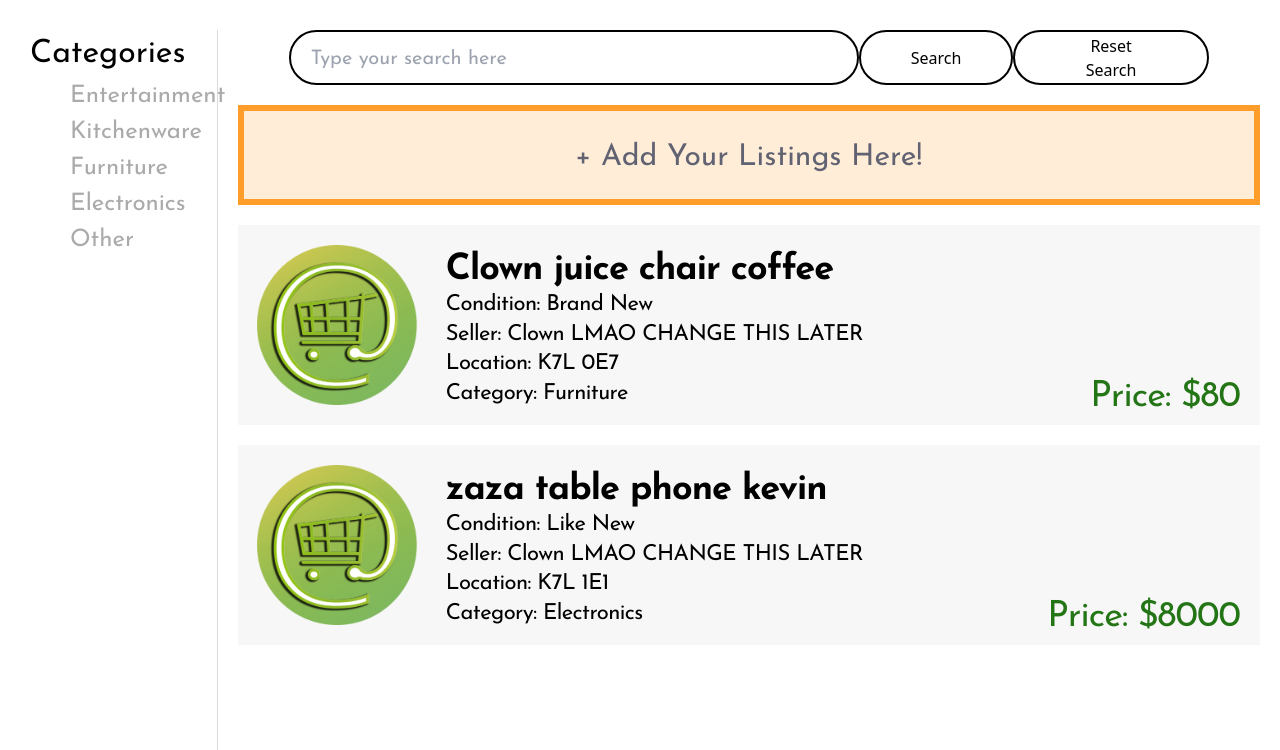
Repository: AdwaitSri/Kingston-Marketplace
Page: /listings (app in qhacks-24/)
The author's editor kept a copy of each file at every save. The page is drawn from the files as they stood at one save, then again after the next save.
The browser window is 1280 px wide. The pictures show the whole page.
The project was rebuilt for these pictures with package versions that can differ from the ones it lists, and the page was loaded fresh each time. Also part of the build but not shown: qhacks-24/src/components/HomeNavbar.js, qhacks-24/src/pages/Home.js, qhacks-24/src/pages/Signup.js, qhacks-24/src/components/CreationNavbar.js, qhacks-24/src/pages/Creation.js, qhacks-24/src/pages/Item.js.

Above is the page before, as saved 2024-02-03 23:41:29.

### qhacks-24/public/index.html
<!DOCTYPE html>
<html lang="en">
  <head>
    <meta charset="utf-8" />
    <link rel="preconnect" href="https://fonts.googleapis.com">
    <link rel="preconnect" href="https://fonts.gstatic.com" crossorigin>
    <link href="https://fonts.googleapis.com/css2?family=Josefin+Sans:ital,wght@0,100;0,200;0,300;0,400;0,500;0,600;0,700;1,100;1,200;1,300;1,400;1,500;1,600;1,700&display=swap" rel="stylesheet">
    <link rel="icon" href="%PUBLIC_URL%/favicon.ico" />
    <meta name="viewport" content="width=device-width, initial-scale=1" />
    <meta name="theme-color" content="#000000" />
    <meta
      name="description"
      content="Web site created using create-react-app"
    />
    <link rel="apple-touch-icon" href="%PUBLIC_URL%/logo192.png" />
    <!--
      manifest.json provides metadata used when your web app is installed on a
      user's mobile device or desktop. See https://developers.google.com/web/fundamentals/web-app-manifest/
    -->
    <link rel="manifest" href="%PUBLIC_URL%/manifest.json" />
    <!--
      Notice the use of %PUBLIC_URL% in the tags above.
      It will be replaced with the URL of the `public` folder during the build.
      Only files inside the `public` folder can be referenced from the HTML.

      Unlike "/favicon.ico" or "favicon.ico", "%PUBLIC_URL%/favicon.ico" will
      work correctly both with client-side routing and a non-root public URL.
      Learn how to configure a non-root public URL by running `npm run build`.
    -->
    <title>React App</title>
  </head>
  <body>
    <noscript>You need to enable JavaScript to run this app.</noscript>
    <div id="root"></div>
    <!--
      This HTML file is a template.
      If you open it directly in the browser, you will see an empty page.

      You can add webfonts, meta tags, or analytics to this file.
      The build step will place the bundled scripts into the <body> tag.

      To begin the development, run `npm start` or `yarn start`.
      To create a production bundle, use `npm run build` or `yarn build`.
    -->
  </body>
</html>

### qhacks-24/src/pages/Listings.js
import { keyboard } from "@testing-library/user-event/dist/keyboard";
import React from "react";
import { Link } from "react-router-dom";
import { motion } from "framer-motion";

export default function Listings() {
    const exampleData = [
        {
            condition: ["checked", "", "", ""],
            description: "KEVIN",
            postalcode: "K7L 0E7",
            price: "80",
            title: "Clown juice chair coffee",
            category: "Furniture"
        },
        {
            condition: ["", "checked", "", ""],
            description: "ADWAIT",
            postalcode: "K7L 1E1",
            price: "8000",
            title: "zaza table phone kevin",
            category: "Electronics"
        },
    ];

    const selectedCategoryDefault = [
        {
            id: 0,
            selected: false,
            categoryName: "Entertainment",
        },
        {
            id: 1,
            selected: false,
            categoryName: "Kitchenware",
        },
        {
            id: 2,
            selected: false,
            categoryName: "Furniture",
        },
        {
            id: 3,
            selected: false,
            categoryName: "Electronics",
        },
        {
            id: 4,
            selected: false,
            categoryName: "Other",
        },
    ]

    const selectedMaxPriceDefault = [
        {
            id: 0,
            selected: false,
            maxPrice: "10",
        },
        {
            id: 1,
            selected: false,
            maxPrice: "25",
        },
        {
            id: 2,
            selected: false,
            maxPrice: "50",
        },
        {
            id: 3,
            selected: false,
            maxPrice: "100",
        },
        {
            id: 4,
            selected: false,
            maxPrice: "250",
        },
        {
            id: 5,
            selected: false,
            maxPrice: "500",
        },
        {
            id: 6,
            selected: false,
            maxPrice: "1000",
        },
        {
            id: 7,
            selected: false,
            maxPrice: "2500",
        },
        {
            id: 8,
            selected: false,
            maxPrice: "5000",
        },
        {
            id: 9,
            selected: false,
            maxPrice: "10000",
        },
    ]

    const [selectedMaxPrice, setSelectedMaxPrice] = React.useState(selectedMaxPriceDefault);

    const [selectedCategory, setSelectedCategory] = React.useState(selectedCategoryDefault);

    const [search, setSearch] = React.useState('');
    const [searchKeywords, setSearchKeywords] = React.useState([]);

    const sellerName = "Clown LMAO CHANGE THIS LATER";

    function handleSearchSubmit(event) {
        event.preventDefault();
        const keywords = search.split(' ');
        if (search !== '') {
            setSearchKeywords(keywords);
        }
    }

    function handleSearchChange(event) {
        event.preventDefault();
        if (event.key !== 'Enter') {
            setSearch(event.target.value);
        }
    }

    function handleResetSearch(event) {
        event.preventDefault();
        setSearch('');
        setSearchKeywords([]);
    }

    function getCondition(info) {
        let name = "";
        let index = -1;
        for (let i = 0; i < info.length; i++) {
            if (info[i] !== '') {
                index = i;
                break;
            }
        }
        const conditions = ["Brand New", "Like New", "Lightly Used", "Used"];
        if (index >= 0) {
            name = conditions[index];
        }
        return name;
    }

    function handleCategoryClick(event) {
        setSelectedCategory(prevSelectedCategory => {
            let index = -1;
            for (let i = 0; i < prevSelectedCategory.length; i++) {
                if (prevSelectedCategory[i].categoryName === event.target.id) {
                    index = i;
                    break;
                }
            }

            let newState = selectedCategoryDefault;
            if (index >= 0) {
                newState[index].selected = !prevSelectedCategory[index].selected;
            }

            return newState;
        })
    }

    function getSelectedCategory() {
        for (let i = 0; i < selectedCategory.length; i++) {
            if (selectedCategory[i].selected) {
                return selectedCategory[i].categoryName;
            }
        }
        return false;
    }

    const listingCards = exampleData.map((data) => {
        const listCardElement = (
            <div className="flex justify-between m-[20px]">
                <Link
                    to={{
                        pathname: '/item',
                        state: { message: 'hello from listings!' }
                    }}
                    className="w-full"
                >
                    <div
                        className="w-full h-[200px] bg-[#f7f7f7] flex items-center"
                    >
                        <img src="/images/logo.png" alt="placeholder" className="h-[80%]"/>
                        <div className='h-full w-full p-[10px] mt-[15px] relative'>
                            <p className="font-jose font-bold text-[36px] tracking-tight h-[25%]">{data.title}</p>
                            <p className="font-jose text-[22px] tracking-tight">Condition: {getCondition(data.condition)}</p>
                            <p className="font-jose text-[22px] relative top-[-3px] tracking-tight">Seller: {sellerName}</p>
                            <p className="font-jose text-[22px] relative top-[-7px] tracking-tight">Location: {data.postalcode}</p>
                            <p className="font-jose text-[22px] relative top-[-10px] tracking-tight">Category: {data.category}</p>
                            <p className="font-jose text-[36px] relative top-[-50px] right-[10px] text-[#237515] float-right tracking-tight">Price: ${data.price}</p>
                        </div>
                    </div>
                </Link>
            </div>
        )

        let match = {
            search: false,
            category: false,
        }

        if (searchKeywords[0] === '' || searchKeywords.length === 0) {
            match.search = true;
        }
        for (let i = 0; i < searchKeywords.length; i++) {
            if (data.description.toUpperCase().includes(searchKeywords[i].toUpperCase()) || data.title.toUpperCase().includes(searchKeywords[i].toUpperCase())) {
                match.search = true;
                break;
            }
        }

        if (getSelectedCategory() === data.category) {
            match.category = true;
        }
        else if (getSelectedCategory() === false) {
            match.category = true;
        }
        else {
            ;
        }

        console.log(match);

        if (match.search && match.category) {
            return listCardElement;
        }
    });

    const filterCategories = selectedCategory.map(category => {
        const styles = category.selected ? "font-jose ml-[40px] text-[#000000] text-[24px] hover:cursor-pointer" : "font-jose ml-[40px] text-[24px] text-[#aaaaaa] hover:cursor-pointer";
        return (
        <h1
            className={styles}
            id={category.categoryName}
            onClick={handleCategoryClick}
        >{category.categoryName}</h1>
        )
    });

    return (
        <div
            className="flex h-[100dvh] ml-[30px] mt-[30px]"
        >
            <div
                className="w-[15%] border-r-[1px] border-[#aaaaaa70]"
            >
                <div className="flex items-center relative right-[10px]">
                    <h1
                        className="font-jose ml-[10px] text-[32px]"
                    >Categories</h1>
                </div>
                <div>
                    {filterCategories}
                </div>

            </div>

            <div
                className="w-[85%]"
            >

                <div className=" mx-[20px]">
                    <form className="w-[90%] mx-auto flex justify-between" onSubmit={handleSearchSubmit}>
                        <input
                            className="border-2 border-black border-solid rounded-full w-[65%] pb-[10px] pl-[20px] pt-[13px] text-xl font-jose"
                            type="text"
                            name="search"
                            onChange={handleSearchChange}
                            value={search}
                            placeholder="Type your search here"
                        />
                        <button onClick={handleSearchSubmit} value="Search" className="border-2 border-solid border-black rounded-full px-[50px]">Search</button>
                        <button onClick={handleResetSearch} value="Reset" className="border-2 border-solid border-black rounded-full px-[50px]">Reset Search</button>
                    </form>
                </div>

                <div className="flex justify-between m-[20px]">
                    <div
                        className="w-full h-[100px] bg-[#f7f7f7] flex items-center"
                    >
                        <Link
                            to="/creation"
                            className="border-[6px] border-[#ff9d2b] w-full h-full text-3xl font-normal text-[#616272] bg-[#ffedd8]"
                        >
                            <button
                                className="font-jose relative top-[3px] text-center w-full h-full text-3xl"
                            >
                                + Add Your Listings Here!
                        </button>
                        </Link>
                    </div>
                </div>
                {listingCards}
            </div>
        </div>
    )
}

Loaded but not shown: qhacks-24/src/index.css (common file); qhacks-24/src/App.css (common file); qhacks-24/src/App.js (24 lines, source omitted); qhacks-24/src/index.js (19 lines, source omitted); qhacks-24/tailwind.config.js (18 lines, source omitted); qhacks-24/src/output.css (1762 lines, source omitted)

After the next save:
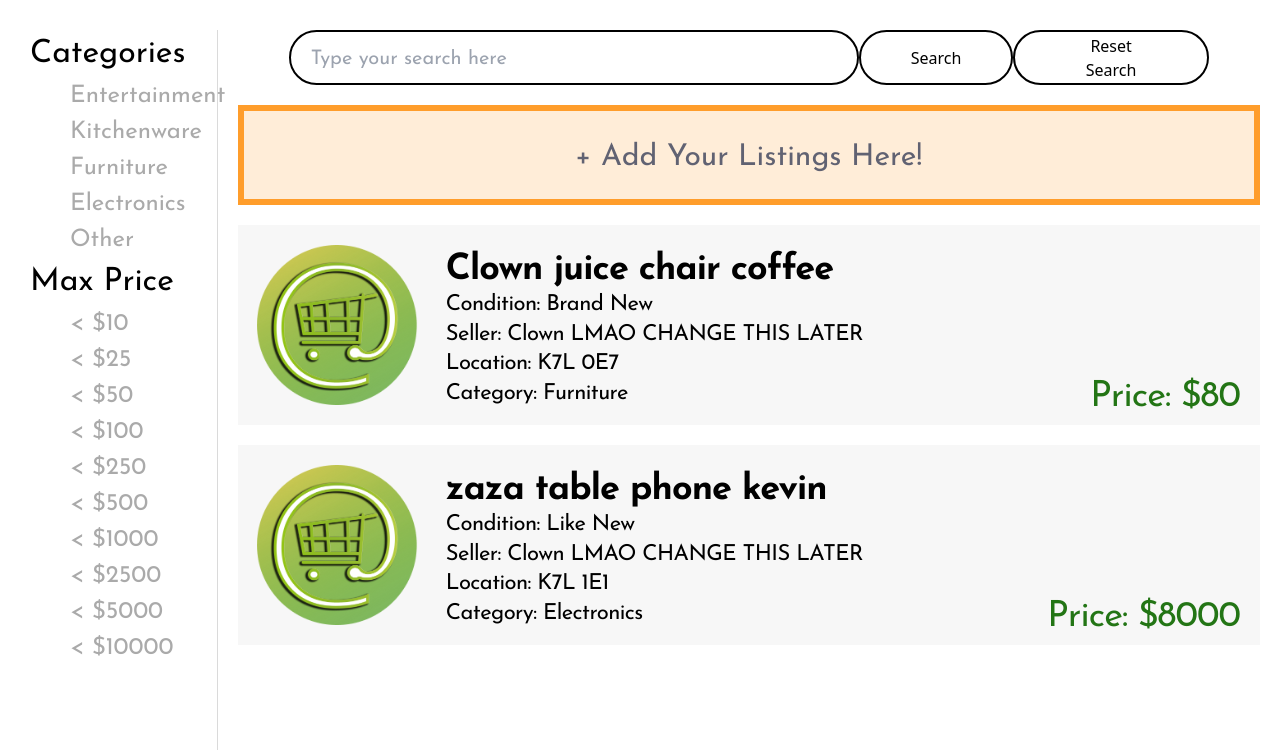
Saved 5 min 11 s later.
--- a/qhacks-24/src/pages/Listings.js
+++ b/qhacks-24/src/pages/Listings.js
@@ -173,6 +173,34 @@ export default function Listings() {
         for (let i = 0; i < selectedCategory.length; i++) {
             if (selectedCategory[i].selected) {
                 return selectedCategory[i].categoryName;
+            }
+        }
+        return false;
+    }
+
+    function handleMaxPriceClick(event) {
+        setSelectedMaxPrice(prevSelectedMaxPrice => {
+            let index = -1;
+            for (let i = 0; i < prevSelectedMaxPrice.length; i++) {
+                if (prevSelectedMaxPrice[i].maxPrice === event.target.id) {
+                    index = i;
+                    break;
+                }
+            }
+
+            let newState = selectedMaxPriceDefault;
+            if (index >= 0) {
+                newState[index].selected = !prevSelectedMaxPrice[index].selected;
+            }
+
+            return newState;
+        })
+    }
+
+    function getSelectedMaxPrice() {
+        for (let i = 0; i < selectedMaxPrice.length; i++) {
+            if (selectedMaxPrice[i].selected) {
+                return selectedMaxPrice[i].maxPrice;
             }
         }
         return false;
@@ -208,6 +236,7 @@ export default function Listings() {
         let match = {
             search: false,
             category: false,
+            price: false,
         }
 
         if (searchKeywords[0] === '' || searchKeywords.length === 0) {
@@ -220,19 +249,22 @@ export default function Listings() {
             }
         }
 
+        if (getSelectedMaxPrice() <= data.maxPrice) {
+            alert('ok');
+            match.price = true;
+        }
+        else if (getSelectedMaxPrice() === false) {
+            match.price = true;
+        }
+
         if (getSelectedCategory() === data.category) {
             match.category = true;
         }
         else if (getSelectedCategory() === false) {
             match.category = true;
         }
-        else {
-            ;
-        }
-
-        console.log(match);
-
-        if (match.search && match.category) {
+
+        if (match.search && match.category && match.price) {
             return listCardElement;
         }
     });
@@ -245,6 +277,17 @@ export default function Listings() {
             id={category.categoryName}
             onClick={handleCategoryClick}
         >{category.categoryName}</h1>
+        )
+    });
+
+    const filterMaxPrices = selectedMaxPrice.map(maxPrice => {
+        const styles = maxPrice.selected ? "font-jose ml-[40px] text-[#000000] text-[24px] hover:cursor-pointer" : "font-jose ml-[40px] text-[24px] text-[#aaaaaa] hover:cursor-pointer";
+        return (
+        <h1
+            className={styles}
+            id={maxPrice.maxPrice}
+            onClick={handleMaxPriceClick}
+        >&lt; ${maxPrice.maxPrice}</h1>
         )
     });
 
@@ -262,6 +305,15 @@ export default function Listings() {
                 </div>
                 <div>
                     {filterCategories}
+                </div>
+
+                <div className="flex items-center relative right-[10px]">
+                    <h1
+                        className="font-jose ml-[10px] text-[32px]"
+                    >Max Price</h1>
+                </div>
+                <div>
+                    {filterMaxPrices}
                 </div>
 
             </div>
